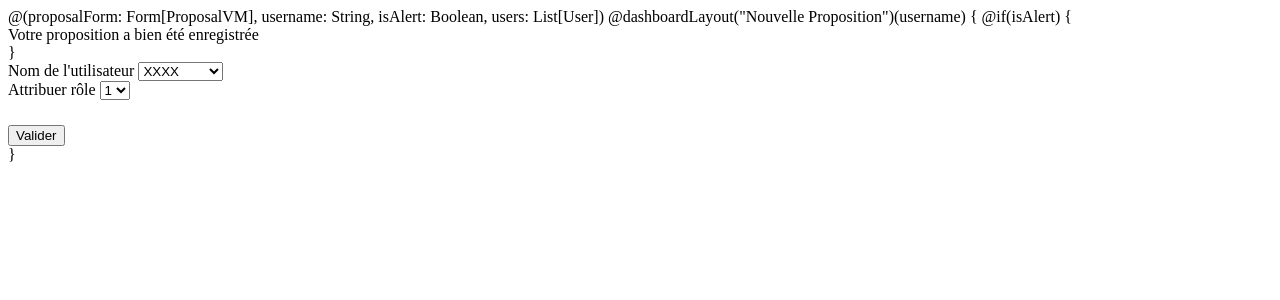
Repository: spirale-software/labo_master
Page: Application/oneDotCom/app/views/manageRole.scala.html
These files come from the project's save history. The page is drawn as it stood at one moment and after the next save; the edit follows.
The browser window is 1280 px wide. The pictures show the whole page.

Above is the page before, as saved 2017-04-14 20:28:45.

### Application/oneDotCom/app/views/manageRole.scala.html
@(proposalForm: Form[ProposalVM], username: String, isAlert: Boolean, users: List[User])

@dashboardLayout("Nouvelle Proposition")(username) {
	<meta content="text/html; charset=UTF-8" http-equiv="Content-Type">

	@if(isAlert) {
		<div class="alert alert-success" role="alert"> Votre proposition a bien été enregistrée</div>
	}

	<div class="row">
     <div class="col-lg-3">
         <div class="form-group">
             <label for="">Nom de l'utilisateur</label>
             <select class="form-control">
                 <option>XXXX</option>
                 <option>YYYYYY</option>
                 <option>SGDUC?L</option>
             </select>
         </div>
     </div>
     <div class="col-lg-3">
         <div class="form-group">
             <label for="">Attribuer rôle</label>
             <select class="form-control">
                 <option>1</option>
                 <option>2</option>
                 <option>3</option>
             </select>
         </div>
     </div>
     <div class="col-lg-3" style="margin-top: 25px">
         <button class="btn btn-primary">Valider</button>
     </div>

    </div>
}

After the next save:
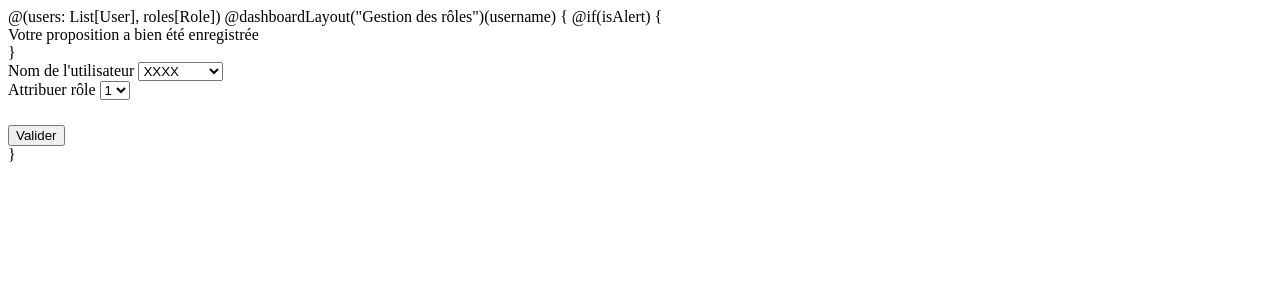
Saved 4 min 57 s later.
--- a/Application/oneDotCom/app/views/manageRole.scala.html
+++ b/Application/oneDotCom/app/views/manageRole.scala.html
@@ -1,6 +1,6 @@
-@(proposalForm: Form[ProposalVM], username: String, isAlert: Boolean, users: List[User])
+@(users: List[User], roles[Role])
 
-@dashboardLayout("Nouvelle Proposition")(username) {
+@dashboardLayout("Gestion des rôles")(username) {
 	<meta content="text/html; charset=UTF-8" http-equiv="Content-Type">
 
 	@if(isAlert) {
